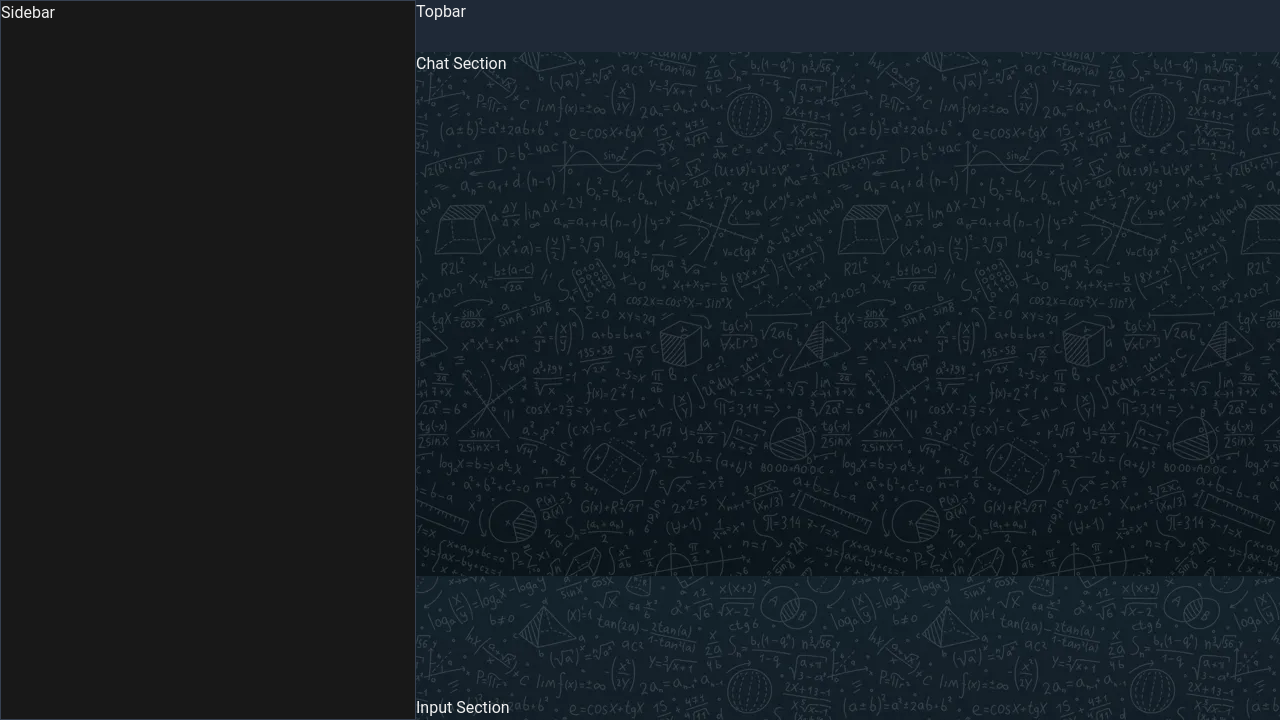
Repository: Qu4ntumGuy/telegram-clone
Page: /
An editor plug-in stored every save of this project. The page is shown before and after the next save, followed by the edit.
The browser window is 1280 px wide. The pictures show the whole page.
The project was rebuilt for these pictures with package versions that can differ from the ones it lists, and the page was loaded fresh each time. Also part of the build but not shown: src/Utils/ContextProvider.js.

Above is the page before, as saved 2024-07-15 11:36:15.

### src/index.css
@tailwind base;
@tailwind components;
@tailwind utilities;

:root {
  font-family: "Roboto", sans-serif;
  color-scheme: light;
  body {
    @apply bg-[#181818] text-[#f0f0f0];
  }
}
/*
:root {
  @apply bg-[#181818];
} */

### src/App.js
import { Routes, BowserRouter, Route } from "react-router-dom";
import Sidebar from "./Components/Sidebar";
import Home from "./Pages/Home/Home";

function App() {
  return (
    <div className="flex max-w-[105rem] mx-auto">
      <Sidebar />

      <Home />
    </div>
  );
}

export default App;

### src/Components/Sidebar.js
import React from "react";
import { useComponentContext } from "../Utils/ContextProvider";

function Sidebar() {
  const context = useComponentContext();
  return (
    <div className="min-w-[26rem] border border-gray-700 h-screen">Sidebar</div>
  );
}

export default Sidebar;

### src/Pages/Home/Home.js
import React from "react";
import backgroundImage from "../../Assets/Desktop.webp";

function Home() {
  const image =
    "https://blog.1a23.com/wp-content/uploads/sites/2/2020/02/pattern_02-150x150.png";

  //   const divStyle = {
  //     width: "100%",
  //     height: "100vh", // Adjust the height as needed
  //     backgroundImage: `url(${backgroundImage})`,
  //     backgroundSize: "cover", // Ensures the image covers the entire div
  //     backgroundPosition: "center", // Centers the image
  //   };
  return (
    <div
      className="flex flex-col justify-center h-screen w-full "
      style={{ backgroundImage: `url(${backgroundImage})` }}
    >
      <div className="top-0 mb-auto h-14 border-b border-gray-800 bg-gray-800">
        Topbar
      </div>
      <div className="flex flex-col h-full">
        <div className="top-0">Chat Section</div>
        <div className="bottom-0 mt-auto">Input Section</div>
      </div>
    </div>
  );
}

export default Home;

Loaded but not shown: public/index.html (common file); src/index.js (common file); src/reportWebVitals.js (common file); tailwind.config.js (common file)

After the next save:
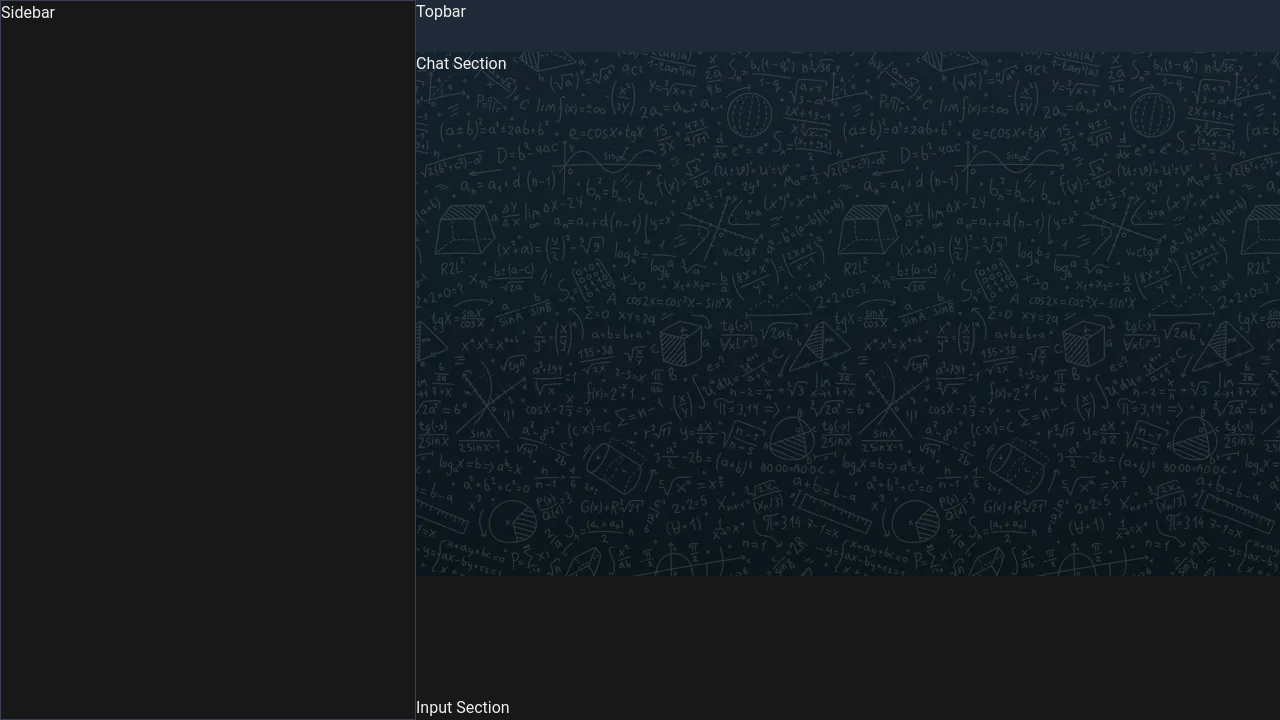
Saved 8 s later.
--- a/src/Pages/Home/Home.js
+++ b/src/Pages/Home/Home.js
@@ -14,7 +14,7 @@ function Home() {
   //   };
   return (
     <div
-      className="flex flex-col justify-center h-screen w-full "
+      className="flex flex-col justify-center bg-no-repeat h-screen w-full "
       style={{ backgroundImage: `url(${backgroundImage})` }}
     >
       <div className="top-0 mb-auto h-14 border-b border-gray-800 bg-gray-800">
